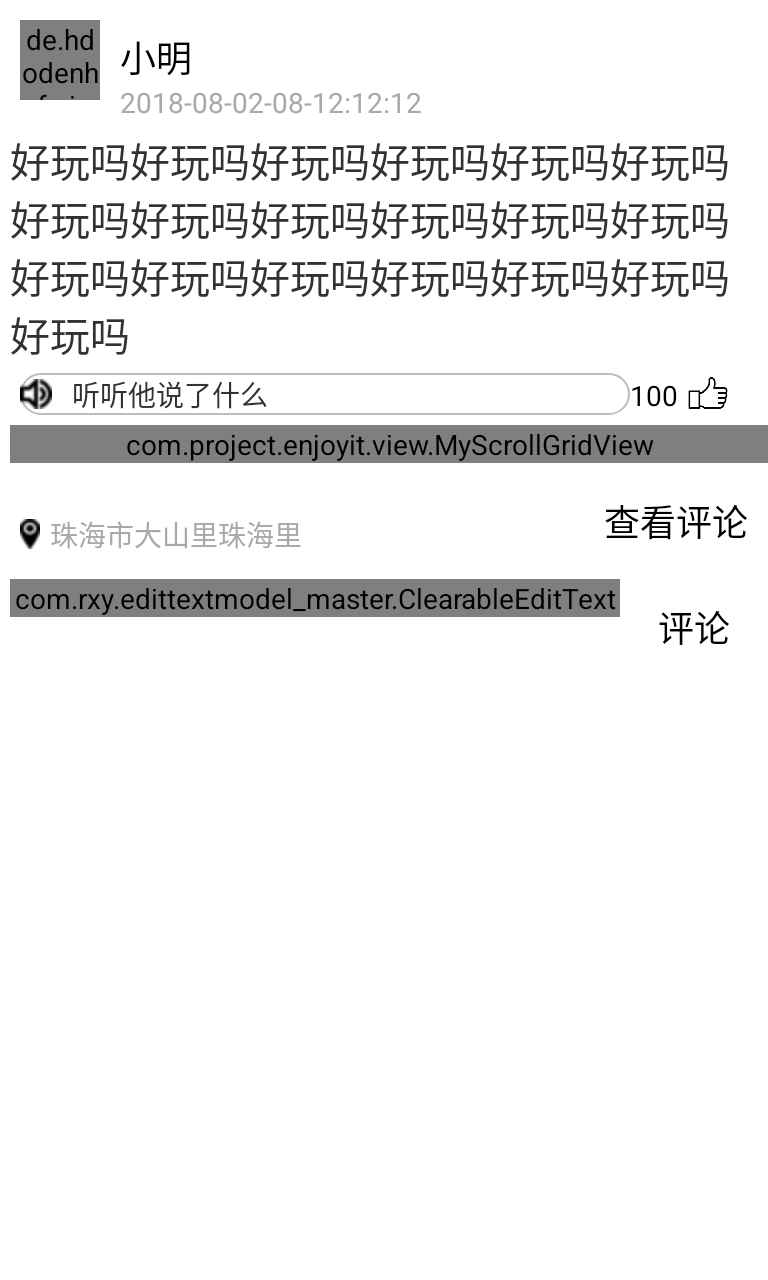
Repository: fatio/Nower
Layout: Android_Client_Source/EnjoyIt/res/layout/shows_list_item.xml
The author's editor kept a copy of each file at every save. The layout is drawn from the files as they stood at one save, then again after the next save.
Pictures or frames that could not be fetched are drawn as grey boxes. It is drawn on a 768 x 1280 px phone screen (xhdpi) without system bars, with theme AppTheme; the app's code is not run.

Above is the layout before, as saved 2015-12-27 07:30:30.

After the next save:
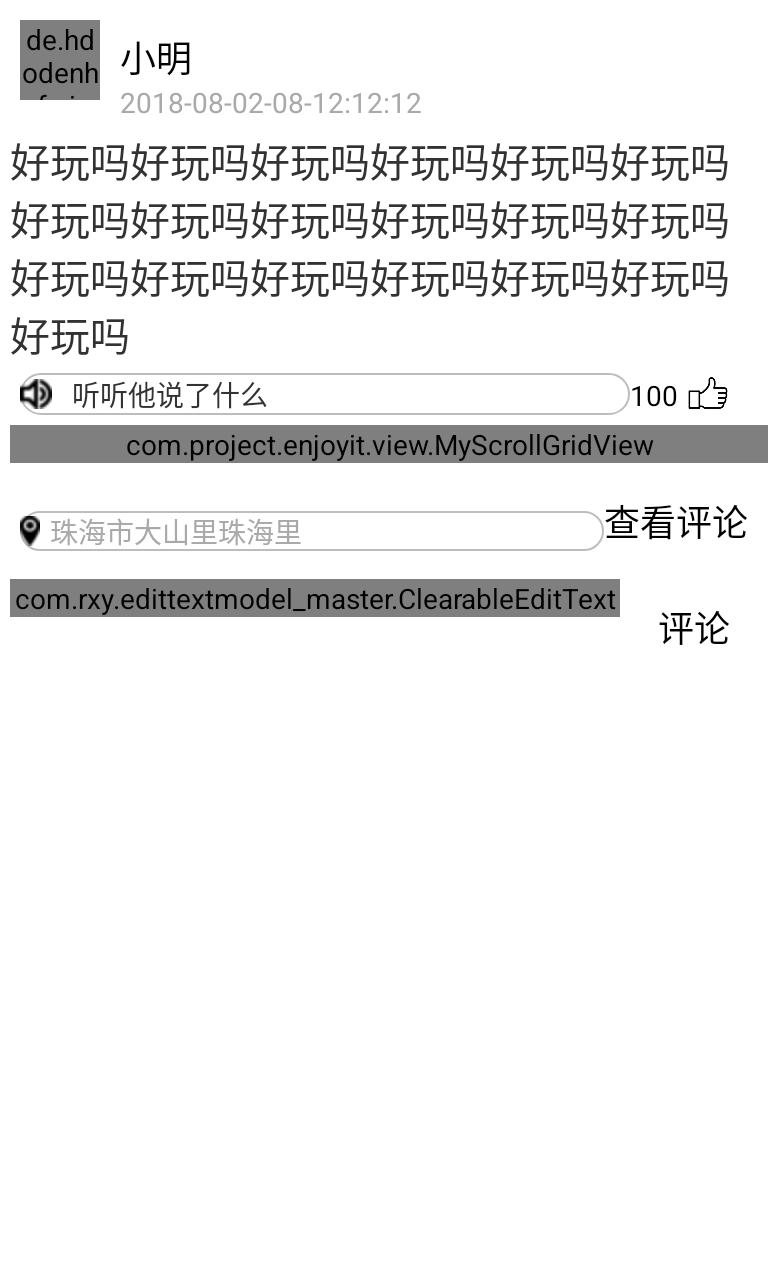
Saved 38 s later.
--- a/Android_Client_Source/EnjoyIt/res/layout/shows_list_item.xml
+++ b/Android_Client_Source/EnjoyIt/res/layout/shows_list_item.xml
@@ -129,7 +129,9 @@
             android:singleLine="true"
             android:text="珠海市大山里珠海里"
             android:textColor="#a9a9a9"
-            android:textIsSelectable="true" />
+            android:layout_gravity="center_vertical "
+            android:textIsSelectable="true"
+            android:background="@drawable/imageview_btn_item_selector" />
 
         <Button
             android:id="@+id/bt_show_comments"
